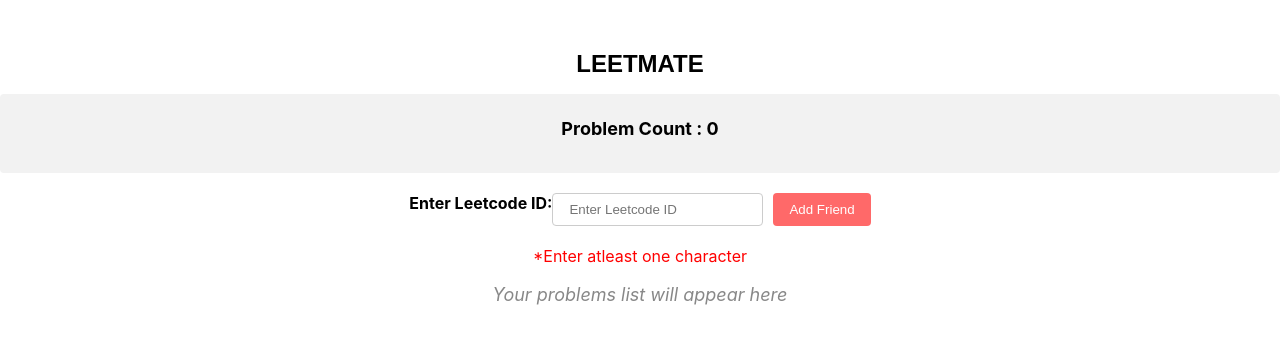
Repository: Sanketh149/leetcode-discord
Page: /
These files come from the project's save history. The page is drawn as it stood at one moment and after the next save; the edit follows.
The browser window is 1280 px wide. The pictures show the whole page.
The project was rebuilt for these pictures with package versions that can differ from the ones it lists, and the page was loaded fresh each time. Also part of the build but not shown: src/Modal.module.css, src/Modal.js, src/Cart.module.css, src/Cart.js.

Above is the page before, as saved 2023-06-21 18:30:37.

After the next save:
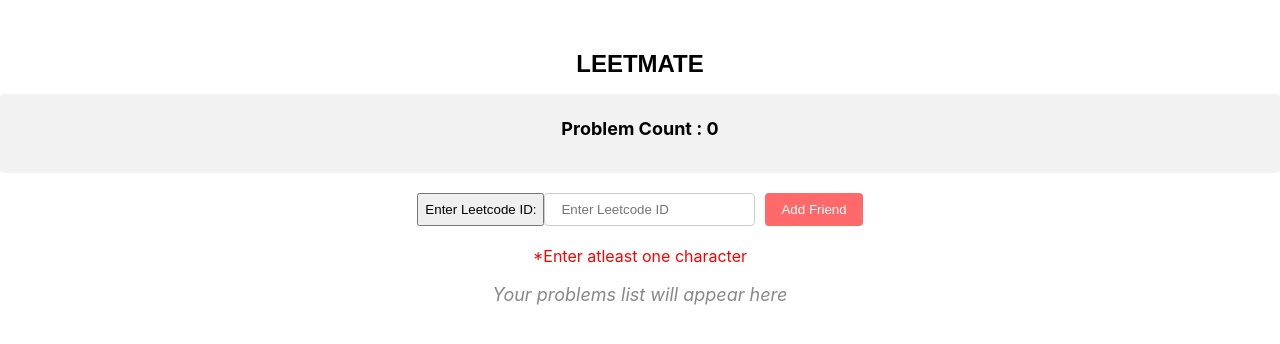
Saved 86 s later.
--- a/src/App.js
+++ b/src/App.js
@@ -86,9 +86,7 @@
         <p className="problemCount">Problem Count : {user.length}</p>
       </div>
       <form onSubmit={handleSubmit} className="app__form">
-        <label htmlFor="username" className="app__label">
-          Enter Leetcode ID:
-        </label>
+        <button className="app__username-button">Enter Leetcode ID:</button>
         <input
           type="text"
           value={username}
